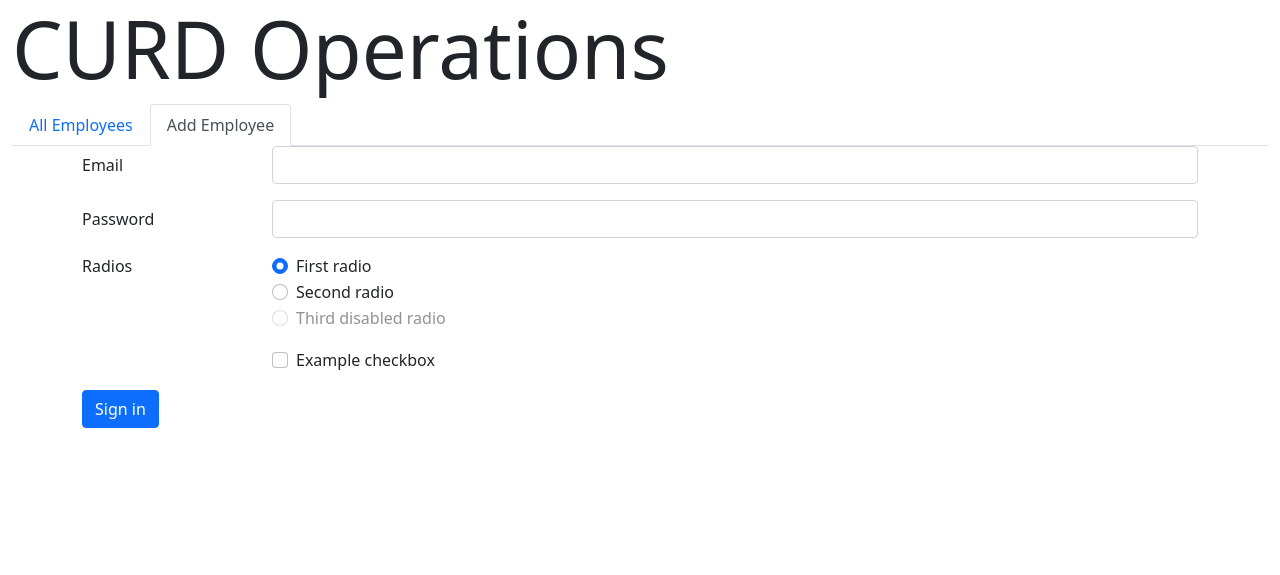
Repository: code8sam/SpringAndSpringBoot
Page: http://localhost/curdoperationsusingmvc/WEB-INF/views/insertEmployeeForm.jsp
An editor plug-in stored every save of this project. The page is shown before and after the next save, followed by the edit.
The browser window is 1280 px wide. The pictures show the whole page.
The page is served by Tomcat 9. Nobody is signed in. The template is opened directly, without the code that normally fills it, so the values that code supplies are empty.

Above is the page before, as saved 2022-04-08 11:56:07.

After the next save:
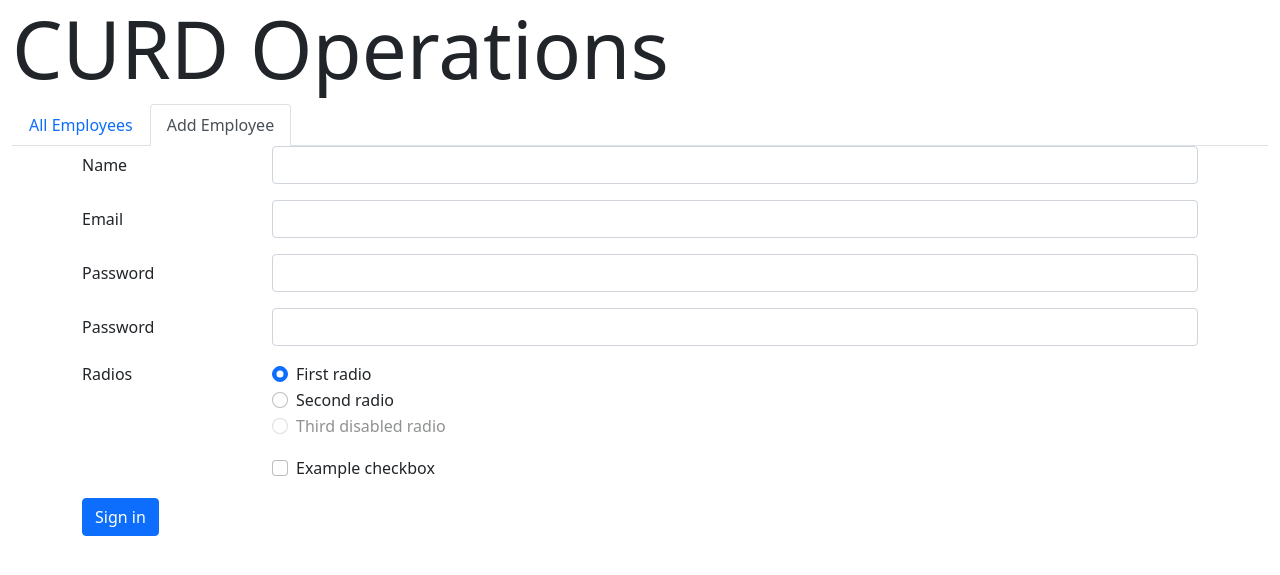
Saved 106 s later.
--- a/springs/HESE7/curdoperationsusingmvc/src/main/webapp/WEB-INF/views/insertEmployeeForm.jsp
+++ b/springs/HESE7/curdoperationsusingmvc/src/main/webapp/WEB-INF/views/insertEmployeeForm.jsp
@@ -28,10 +28,22 @@
 		</ul>
 	<div class="container-sm container-fluid">
 		<form>
+		<div class="row mb-3">
+		    <label for="inputEmail3" class="col-sm-2 col-form-label">Name</label>
+		    <div class="col-sm-10">
+		      <input type="text" class="form-control" id="inputEmail3" name="name">
+		    </div>
+		  </div>
 		  <div class="row mb-3">
 		    <label for="inputEmail3" class="col-sm-2 col-form-label">Email</label>
 		    <div class="col-sm-10">
-		      <input type="email" class="form-control" id="inputEmail3">
+		      <input type="email" class="form-control" id="inputEmail3" name="email">
+		    </div>
+		  </div>
+		  <div class="row mb-3">
+		    <label for="inputPassword3" class="col-sm-2 col-form-label">Password</label>
+		    <div class="col-sm-10">
+		      <input type="password" class="form-control" id="inputPassword3">
 		    </div>
 		  </div>
 		  <div class="row mb-3">
